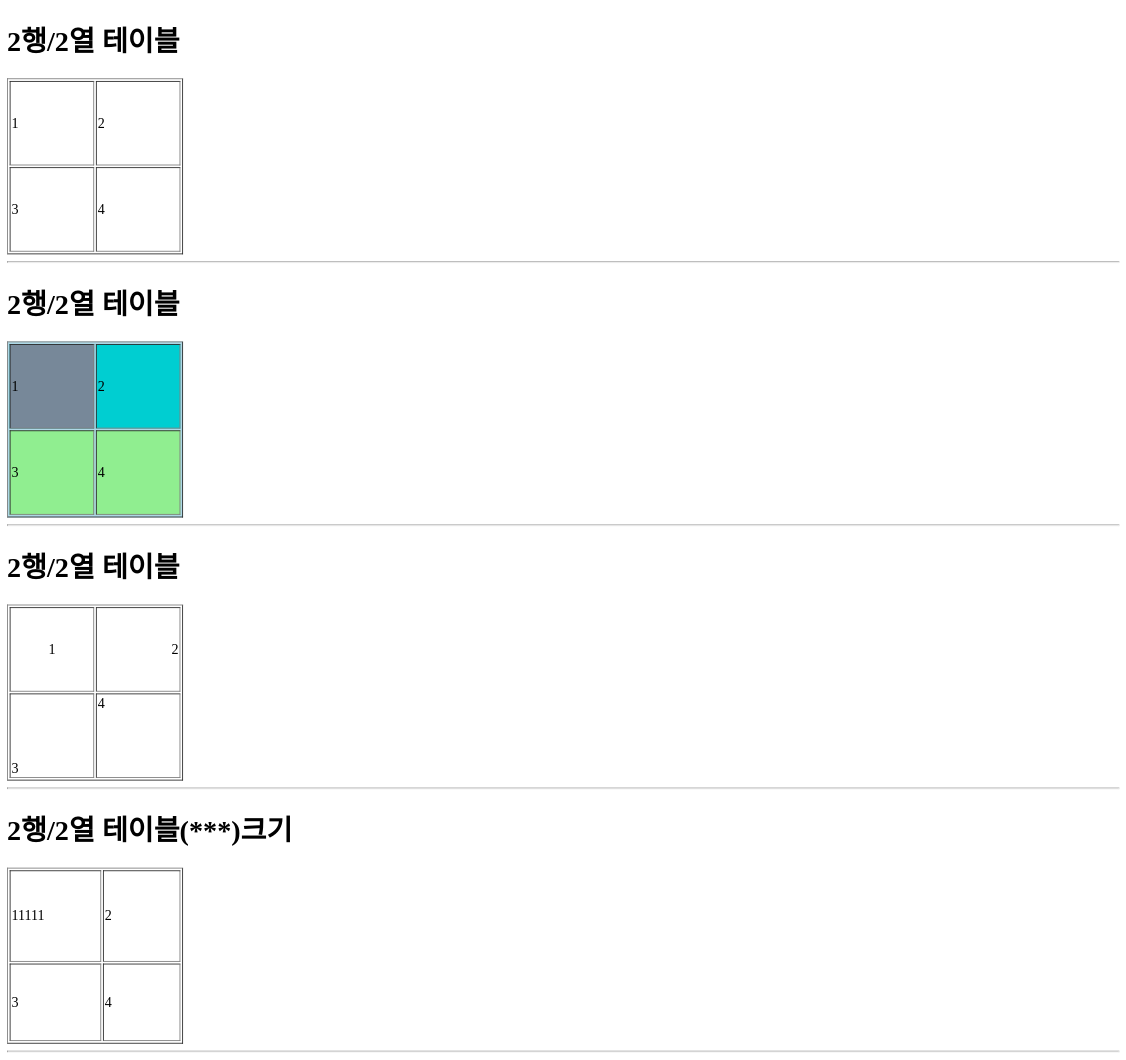
Repository: dnjs0/HCJ
Page: ClientTest/src/main/webapp/ex15_table.html
The author's editor kept a copy of each file at every save. The page is drawn from the files as they stood at one save, then again after the next save.
The browser window is 1280 px wide. The pictures show the whole page, at 88% of full size.

Above is the page before, as saved 2025-02-11 07:13:46.

### ClientTest/src/main/webapp/ex15_table.html
<!DOCTYPE html>
<html lang="ko">
<head>
	<meta charset="UTF-8">
	<title>Insert title here</title>
</head>
<body>
    <!-- ex15_table.html -->
    <!--

        표, 테이블
        1. 표를 만들기 위해서 사용
        2. 레이아웃을 만들기 위해서 사용(지금은 사용 잘 안함)

        테이블 구성요소
        1. <table>
            - 가장 큰 상자
            - 테이블 전체 컨테이너
        2. <tr>
            - 중간 긴 상자
            - table row, 테이블 행 역할
        3. <td>
            - 가장 작은 상자
            - table data, 테이블 셀 역할

     -->
     <h1>2행/2열 테이블</h1>

     <table border="1" width="200" height="200">

        <tr>
            <td>1</td>
            <td>2</td>
        </tr>

        <tr>
            <td>3</td>
            <td>4</td>
        </tr>

     </table>

     <hr>


     <h1>2행/2열 테이블</h1>

     <table border="1" width="200" height="200" bgcolor = "lightblue">

        <tr bgcolor ="Darkturquoise">
            <td bgcolor="Lightslategray">1</td>
            <td>2</td>
        </tr>

        <tr bgcolor="Lightgreen">
            <td>3</td>
            <td>4</td>
        </tr>

     </table>


     <hr>

     <h1>2행/2열 테이블</h1>

     <table border="1" width="200" height="200">

        <tr>
            <td align="center">1</td>
            <td align="right">2</td>
        </tr>

        <tr>
            <td valign="bottom">3</td>
            <td valign="top">4</td>
        </tr>

     </table>

     <hr>

     <h1>2행/2열 테이블(***)크기</h1>

     <table border="1" width="200" height="200">

        <tr>
            <td width="100" height="100">11111</td>
            <td>2</td>
        </tr>

        <tr>
            <td>3</td>
            <td>4</td>
        </tr>

     </table>

     <hr>



</body>
</html>

After the next save:
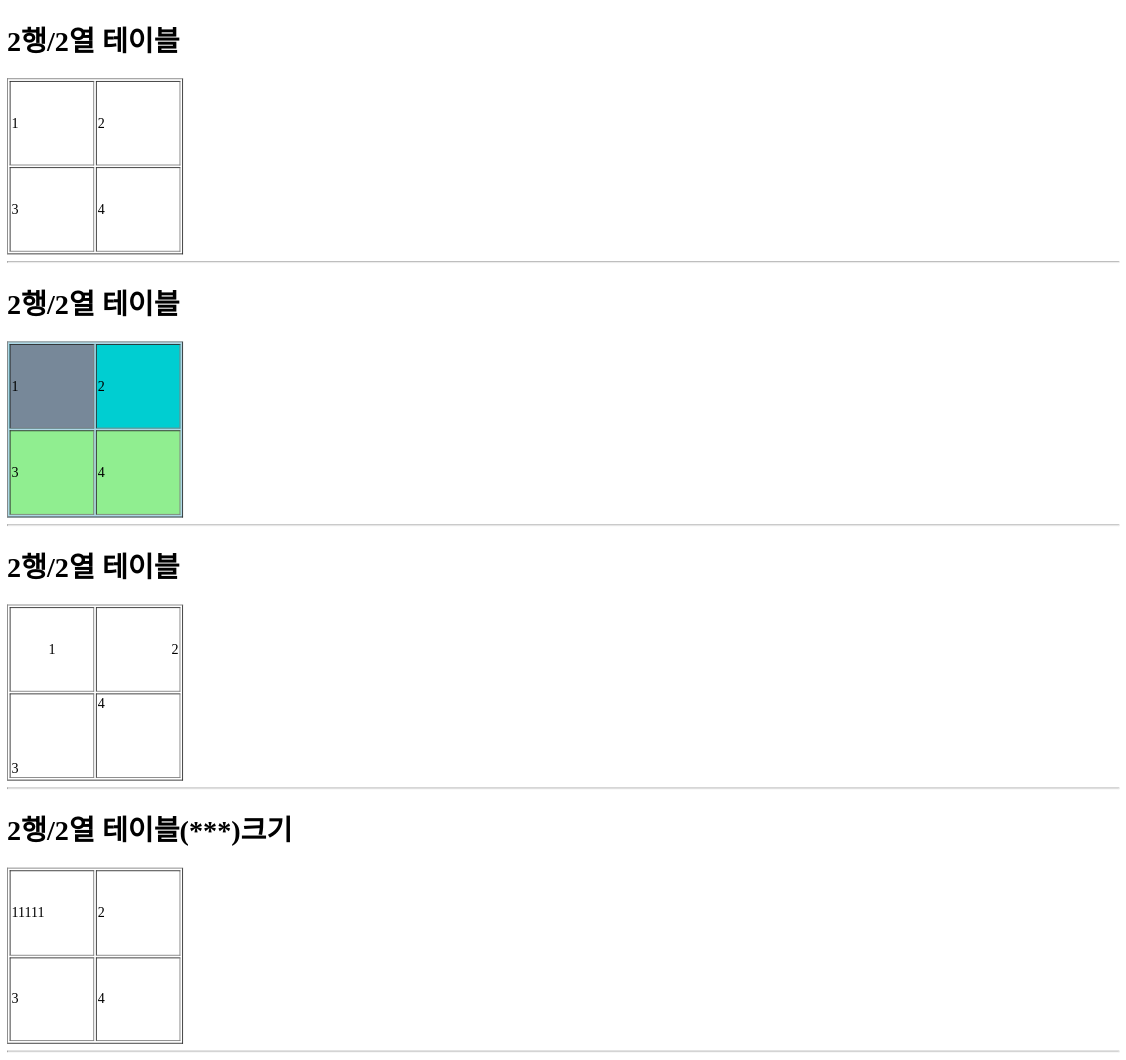
Saved 16 s later.
--- a/ClientTest/src/main/webapp/ex15_table.html
+++ b/ClientTest/src/main/webapp/ex15_table.html
@@ -85,7 +85,7 @@
      <table border="1" width="200" height="200">
 
         <tr>
-            <td width="100" height="100">11111</td>
+            <td width=50% height=50%>11111</td>
             <td>2</td>
         </tr>
 
